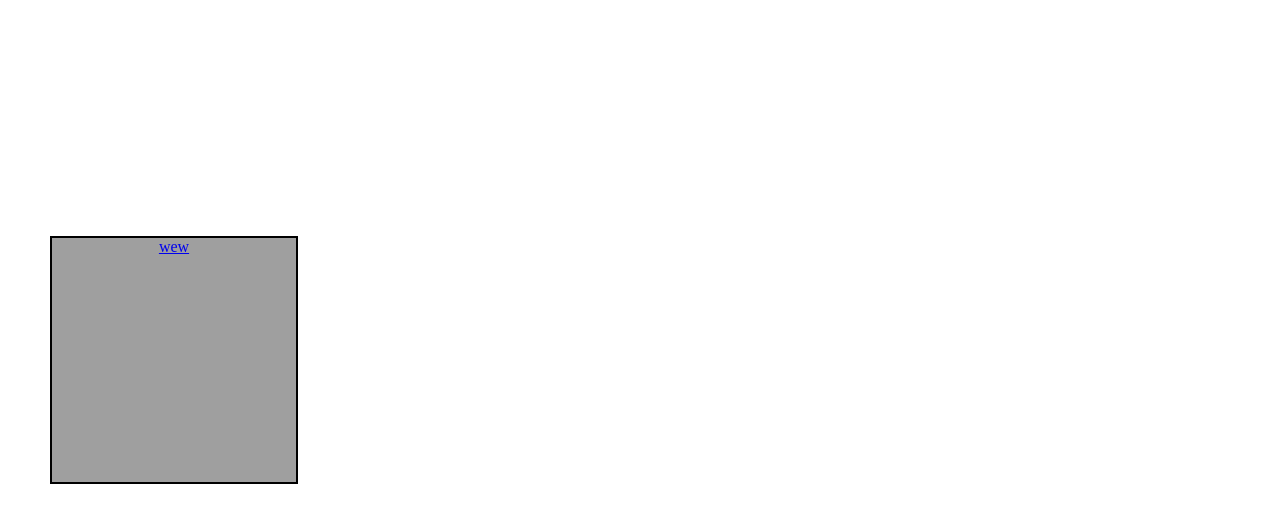
Repository: ahsankalim09/light-Agency
Page: services.html
An editor plug-in stored every save of this project. The page is shown before and after the next save, followed by the edit.
The browser window is 1280 px wide. The pictures show the whole page.
The pointer rests on the first visible `.facebook`.
Pictures or frames that could not be fetched are drawn as grey boxes.

Above is the page before, as saved 2020-10-11 19:31:53.

After the next save:
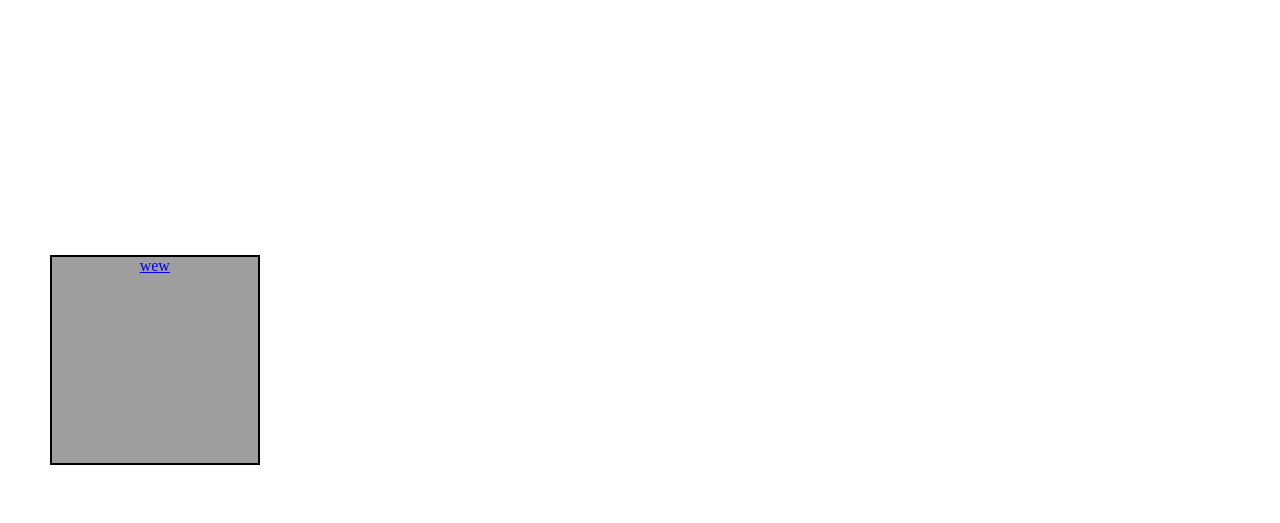
Saved 17 s later.
--- a/services.html
+++ b/services.html
@@ -46,8 +46,8 @@
 
       .facebook:hover{
         background-image: url('./assests/bg-services/PUZZLE1.png');
-        width: 250px;
-        height: 250px;
+        width: 210px;
+        height: 210px;
       }
 
       /* img:hover{
